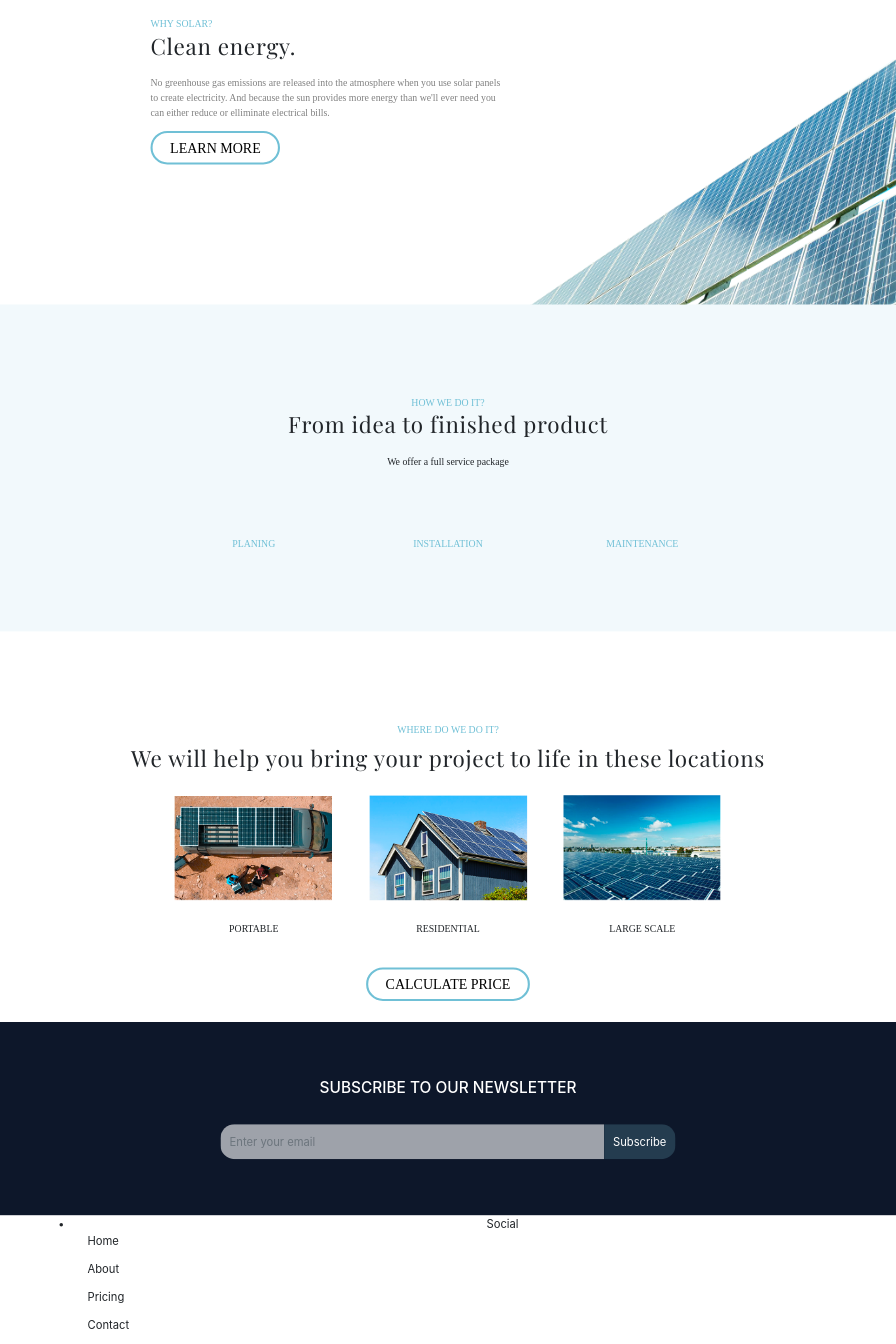
Repository: sabinemm/fabf
Page: index.html
The author's editor kept a record of every edit. The page is drawn from the files as they stood at one moment, then again after the next edit.
The browser window is 1280 px wide. The pictures show the part of the page from y = 700 to 2620 px (the page is 2620 px tall), at 70% of full size.
Backgrounds fixed to the window are drawn as part of the page. Some web fonts or font styles are not loaded; a fallback is used. Some web libraries are served in a nearby version.

Above is the page before.
Console error (its wording comes from the project's code and is left out).

### index.html
<!DOCTYPE html>
<html lang="en">

<head>
    <meta charset="UTF-8">
    <meta name="viewport" content="width=device-width, initial-scale=1.0">
    <meta http-equiv="X-UA-Compatible" content="ie=edge">
    <link rel="stylesheet" href="style.css" type="text/css" />
    <link rel="stylesheet" href="https://stackpath.bootstrapcdn.com/bootstrap/4.3.1/css/bootstrap.min.css" integrity="sha384-ggOyR0iXCbMQv3Xipma34MD+dH/1fQ784/j6cY/iJTQUOhcWr7x9JvoRxT2MZw1T" crossorigin="anonymous">
    <link rel="stylesheet" media="screen" href="https://fontlibrary.org/face/roundo" type="text/css" />
    <link rel="stylesheet" media="screen" href="https://fontlibrary.org/face/source-sans-pro" type="text/css" />
    <link href="https://fonts.googleapis.com/css?family=Playfair+Display&display=swap" rel="stylesheet">
    <script src="//maxcdn.bootstrapcdn.com/bootstrap/3.3.0/js/bootstrap.min.js"></script>
    <script src="//code.jquery.com/jquery-1.11.1.min.js"></script>

    <title>FOR A BETTER FUTURE</title>
</head>

<body>

    <!–-----– NAVBAR ------->

    <div class="container">
        <nav class="navbar navbar-fixed-top navbar-expand-lg navbar-light bg-light">
            <a class="navbar-brand" href="#">
          <img src="img/logo.svg" height="50px"alt="logo">
        </a>
            <button class="navbar-toggler" type="button" data-toggle="collapse" data-target="#navbarText" aria-controls="navbarText" aria-expanded="false" aria-label="Toggle navigation">
    <span class="navbar-toggler-icon"></span>
  </button>
            <div class="collapse navbar-collapse justify-content-center" id="navbarText">
                <ul class="navbar-nav mr-auto">
                    <li class="nav-item">
                        <a class="nav-link" href="#">About</a>
                    </li>
                    <li class="nav-item">
                        <a class="nav-link" href="#">Concept</a>
                    </li>
                    <li class="nav-item">
                        <a class="nav-link" href="#">Pricing</a>
                    </li>
                </ul>
                <span class="navbar-text">
          <button type="button" class="btn btn-blue-border">CONTACT</button>
    </span>
            </div>
        </nav>
    </div>

    <!–-----– FIRST SECTION ------->

    <section id="parallax">
        <div class="container">
            <div class="ltitle text-center">
                <p class="uppercase stitle">WELCOME TO A BETTER FUTURE</p>
                <h2> Where we can make your dreams <br> of sustainability become a reality </h2>
                <p class="tparagraph"> We can create your perfect off-grid sanctuary, power your summer home or help you <br> save on energy expenses in the long run</p>
                <button type="button" class="btn  btn-transp-white-border">GO SOLAR</button>
            </div>
        </div>
    </section>

    <!–-----– SECOND SECTION - WHY?------->

    <section id="clean">
        <div class="container container-fluid section-2">
            <div class="row">
                <div class="col col-md-6">
                    <p class="uppercase stitle stitle-blue">WHY SOLAR?</p>
                    <h2 class="ltitle ltitle2"> Clean energy.</h2>
                    <p class="tparagraph tparagraph2"> No greenhouse gas emissions are released into the atmosphere when you use solar panels to create electricity. And because the sun provides more energy than we'll ever need you can either reduce or elliminate electrical bills. </p>
                    <button type="button" class="btn btn-blue-border">LEARN MORE</button>

                </div>
            </div>

            <div class="container">
                <div class="col col-md-6 offset-md-6">
                    <img src="img/sidepanel.png" class="sidepanel"></img>
                </div>
            </div>
        </div>

    </section>

    <!–-----– THIRD SECTION - HOW? ------->

    <section id="idea">
        <div class="idea-title text-center">
            <p class="uppercase stitle stitle-blue">HOW WE DO IT?</p>
            <h2 class="ltitle ltitle2"> From idea to finished product</h2>
            <p class="tparagraph">We offer a full service package</p>

        </div>
        <div class="container container-fluid ">
            <div class="row m-auto text-center justify-content-center">
                <div class=" col-sm-3 col-md-3">
                    <div class="icons"><i class="fas fa-comments fa-2x"></i></div>
                    <p class="uppercase stitle stitle-blue stitlen">PLANING</p>
                </div>
                <div class="col-sm-3 col-md-3">
                    <div class="icon"><i class="fas fa-tools fa-2x"></i></div>
                    <p class="uppercase stitle stitle-blue stitlen">INSTALLATION</p>
                </div>
                <div class="col-sm-3 col-md-3">
                    <div class="icon"><i class="fas fa-sun fa-2x"></i></div>
                    <p class="uppercase stitle stitle-blue stitlen">MAINTENANCE</p>
                </div>
            </div>

        </div>

    </section>

    <!–-----– FOURTH SECTION - WHERE ------->

    <section id="where">
        <div class=" text-center">
            <p class="uppercase stitle stitle-blue">WHERE DO WE DO IT?</p>
            <h2 class="ltitle wheretitle">We will help you bring your project to life in these locations</h2>


        </div>
        <div class="container container-fluid ">
            <div class="row m-auto text-center justify-content-center">
                <div class=" col-sm-3 col-md-3">
                    <img class="whereimg" src="img/portable.png"></img>
                    <p class="uppercase stitle stitlen">PORTABLE</p>
                </div>
                <div class="col-sm-3 col-md-3">
                    <img class="whereimg" src="img/residential.png"></img>
                    <p class="uppercase stitle stitlen">RESIDENTIAL</p>
                </div>
                <div class="col-sm-3 col-md-3">
                    <img class="whereimg" src="img/large.png"></img>
                    <p class="uppercase stitle stitlen">LARGE SCALE</p>
                </div>
            </div>

        </div>

        <div class="container-fluid">
            <div class="row">
                <div class="col text-center">
                    <button type="button" class="btn btn-blue-border ">CALCULATE PRICE</button>
                </div>
            </div>
        </div>


    </section>

    <!–-----– FOOTER ------->

<section class="home-newsletter">
<div class="container">
<div class="row">
<div class="col-sm-12">
	<div class="single">
		<h2>Subscribe to our Newsletter</h2>
	<div class="input-group">
         <input type="email" class="form-control" placeholder="Enter your email">
         <span class="input-group-btn">
         <button class="btn btn-theme" type="submit">Subscribe</button>
         </span>
          </div>
	</div>
</div>
</div>
</div>
</section>

<section class="footer">
    <div class="container">
    <div class="row">
        <div class="col-sm-6">
         <li>
            <ul class="footer-item">Home</ul>
                        <ul class="footer-item">About</ul>
                        <ul class="footer-item">Pricing</ul>
                        <ul class="footer-item">Contact</ul>

         </li>
        </div>
        <div class="col-sm-6">
            <ul class="footer-item uppercase">Social</ul>
            </div>
        </div>
    </div>
</section>
</body>

</html>

### style.css

/*-------------------navbar------------------*/

.navbar {
    margin-top: 30px;
    margin-left: 30px;
    margin-right: 30px;

}

@media (max-width:536px) {
    .navbar {
        margin-top: 15px;
        margin-left: 10px;
        margin-right: 10px;
    }
}

/*-------------------Buttons------------------*/

.btn-transp-white-border,
.btn-transp-white-border:hover,
.btn-transp-white-border:active,
.btn-transp-white-border:visited,
.btn-transp-white-border:active:focus,
.btn-transp-white-border:focus {
    background-color: rgba(0, 0, 0, 0);
    border: solid 3px white !important;
    border-radius: 30px !important;
    color: white;
    text-align: center;
    text-decoration: none;
    display: inline-block;
    font-size: 20px !important;
    font-family: 'SourceSansProRegular';
    padding-left: 25px !important;
    padding-right: 25px !important;
}


.btn-transp-white-border:hover {
    background-color: rgba(255, 255, 255, 0.5);
    padding-left: 25px;
    padding-right: 25px;
}


.btn-blue-border,
.btn-blue-border:hover,
.btn-blue-border:active,
.btn-blue-border:visited,
.btn-blue-border:active:focus,
.btn-blue-border:focus {
    background-color: rgba(0, 0, 0, 0) !important;
    border: solid 3px rgb(112, 192, 214) !important;
    border-radius: 30px !important;
    color: black !important;
    text-align: center;
    text-decoration: none;
    display: inline-block;
    font-size: 20px !important;
    font-family: 'SourceSansProRegular';
    padding-left: 25px !important;
    padding-right: 25px!important;
}

.btn-blue-border:hover {
    background-color: rgba(112, 192, 214, 0.5) !important;
    padding-left: 25px;
    padding-right: 25px;
}


/*-------------------SECTION 1 PAGE 1------------------*/

#parallax {
    background: url(img/1page1section.jpg);
    background-attachment: fixed;
    background-position: bottom;
    background-repeat: no-repeat;
    background-size: cover;
    margin-top: -110px;
}

@media (max-width:536px) {
    #parallax {
        margin-top: -110px;
    }
}

.stitle {
    font-size: 14px;
    font-family: 'RoundoRegular';
    font-weight: 500;
    font-style: normal;
    margin-bottom: -5px;
}

.ltitle {
    padding-top: 200px;
    font-family: 'Playfair Display';
    letter-spacing: 1px;
    line-height: 30px;
    padding-bottom: 150px;
}

@media (max-width:768px) {
    .ltitle {
        padding-top: 150px;
        padding-bottom: 100px;
    }
}

.tparagraph {
    padding-top: 10px;
    font-family: 'SourceSansProRegular';
    font-weight: normal;
    font-style: normal;
    font-size: 14px;
    letter-spacing: 0;
}

@media (max-width:768px) {
    br {
        display: none !important;
        visibility: hidden;
    }
}

/*-------------------SECTION 2 PAGE 1------------------*/
#clean {
    padding-left: 0;
}
@media (min-width:768px) {
#clean {
    padding-left: 200px;
}
}


.stitle-blue {
    color:rgb(112, 192, 214);
    padding-top: 70px;

}

@media (min-width:768px) {
    .stitle-blue {
        padding-top: 130px;
    }
}

.ltitle2 {
padding-top: 10px;
padding-bottom: 10px;
}

.tparagraph2 {
    color: gray;

}

.section-2 {
  padding-bottom: 100px;
}

.sidepanel {
position:relative;
float: right;
height:400px;
margin-top: -150px;
margin-right: -45px;
z-index: -1;
}

/*-------------------SECTION 3 PAGE 1------------------*/

#idea {
    background-color: rgb(242, 249, 252);
     padding-bottom: 70px;
}

.idea-title {;
    padding-bottom: 50px;
    margin-top: 100px;
}

.stitlen {
    padding-top: 30px;
    padding-bottom: 50px;
}

/*-------------------SECTION 4 PAGE 1------------------*/

.whereimg {
    height: 150px;
}

.wheretitle {
    padding-top: 20px;
    padding-bottom: 30px;
}


#where {
    padding-bottom: 30px;
}

/*-------------------FOOTER------------------*/

.home-newsletter {
padding: 80px 0;
background: #0D172A;
}

.home-newsletter .single {
max-width: 650px;
margin: 0 auto;
text-align: center;
position: relative;
z-index: 2;

}

.home-newsletter .single h2 {
font-size: 22px;
color: white;
text-transform: uppercase;
margin-bottom: 40px;

}

.home-newsletter .single .form-control {
height: 50px;
background: rgba(255, 255, 255, 0.6);
border-color: transparent;
border-radius: 20px 0 0 20px;

}

.home-newsletter .single .form-control:focus {
box-shadow: none;
border-color: #243c4f;

}

.home-newsletter .single .btn {
min-height: 50px;
border-radius: 0 20px 20px 0;
background: #243c4f;
color: #fff;
}

After the next edit:
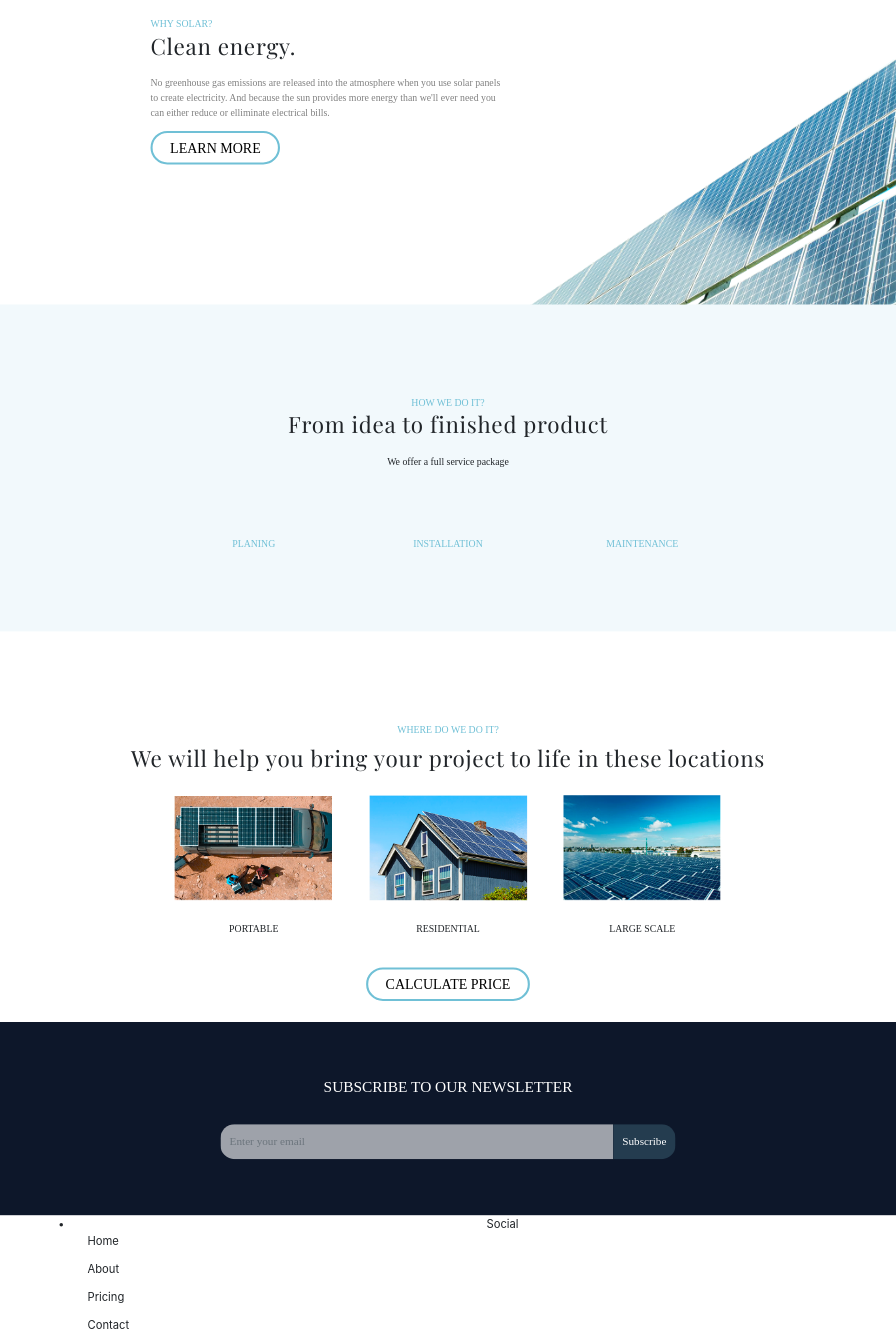
The edit:
--- a/style.css
+++ b/style.css
@@ -219,7 +219,7 @@
 text-align: center;
 position: relative;
 z-index: 2;
-
+font-family: 'SourceSansProRegular';
 }
 
 .home-newsletter .single h2 {
